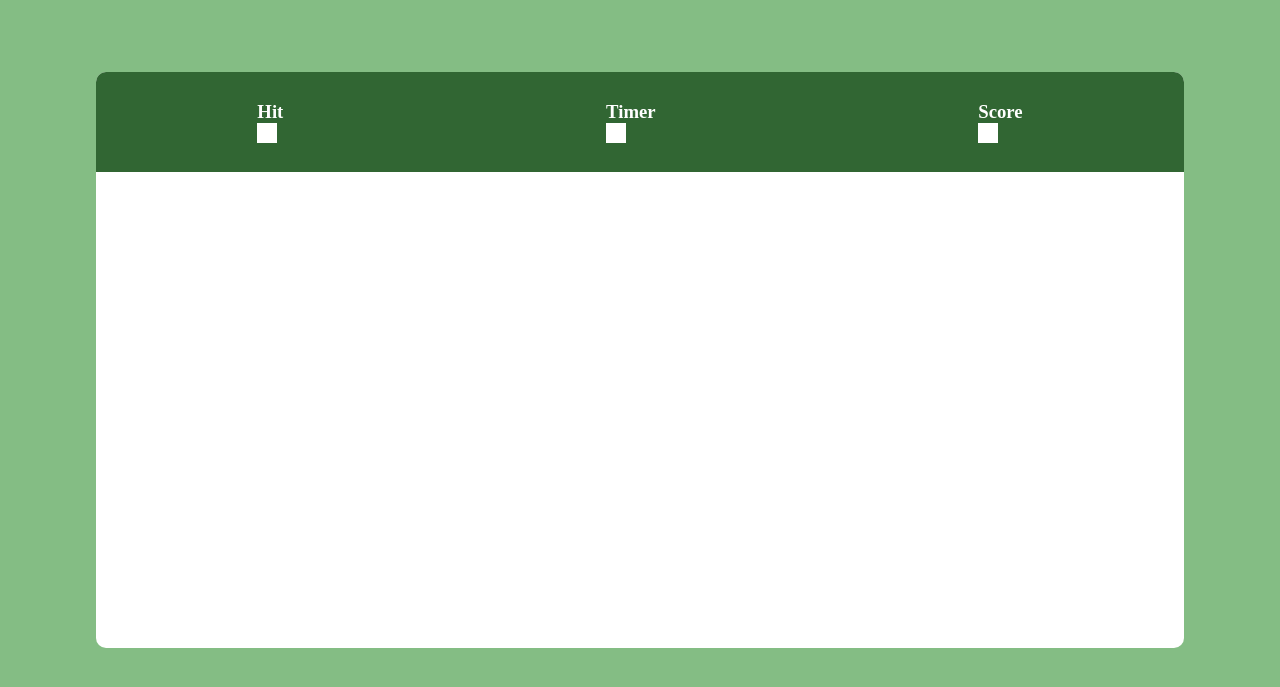
Repository: ketansharma22/BubbleGame
Page: index.html
These files come from the project's save history. The page is drawn as it stood at one moment and after a run of saves; the edit follows.
The browser window is 1280 px wide. The pictures show the whole page.

Above is the page before, as saved 2024-02-18 23:03:44.

After the next 2 saves:
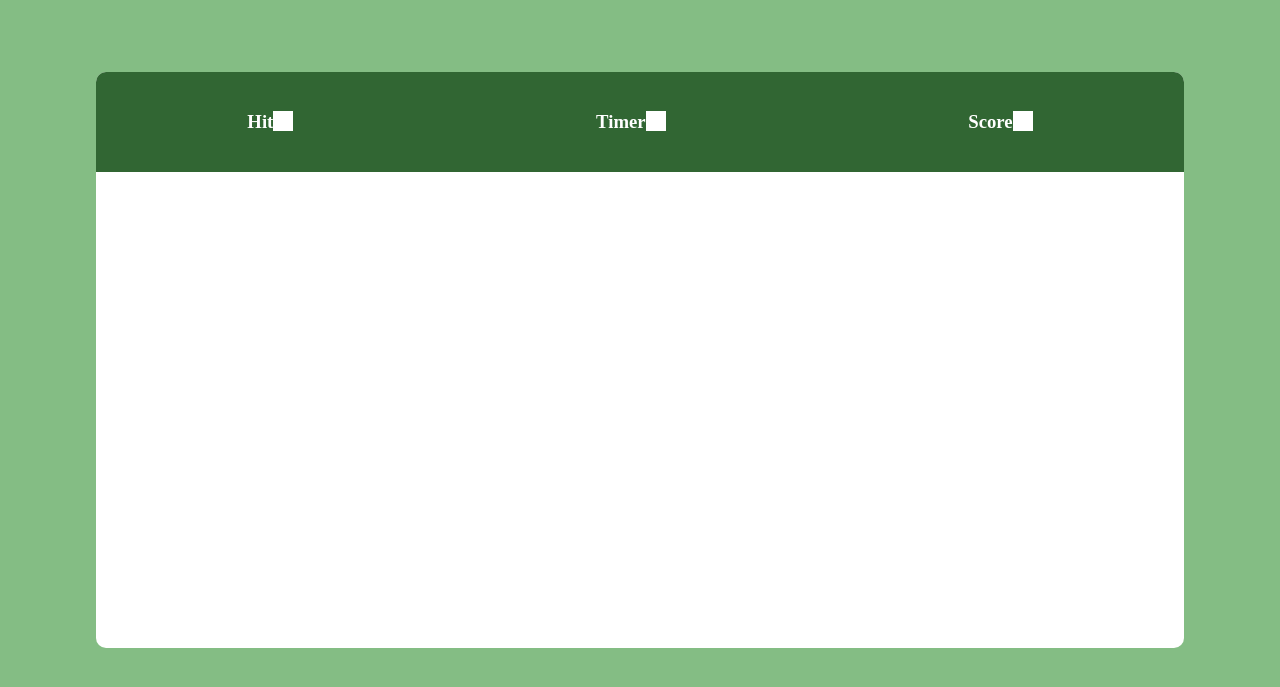
The 2 saves are shown as one change because they came seconds apart.
The last was saved 7 s later.
--- a/styles.css
+++ b/styles.css
@@ -36,6 +36,6 @@
     background-color: white;
     height: 20px;
 }
-.sameee{
+#sameee{
     display: flex;
 }
